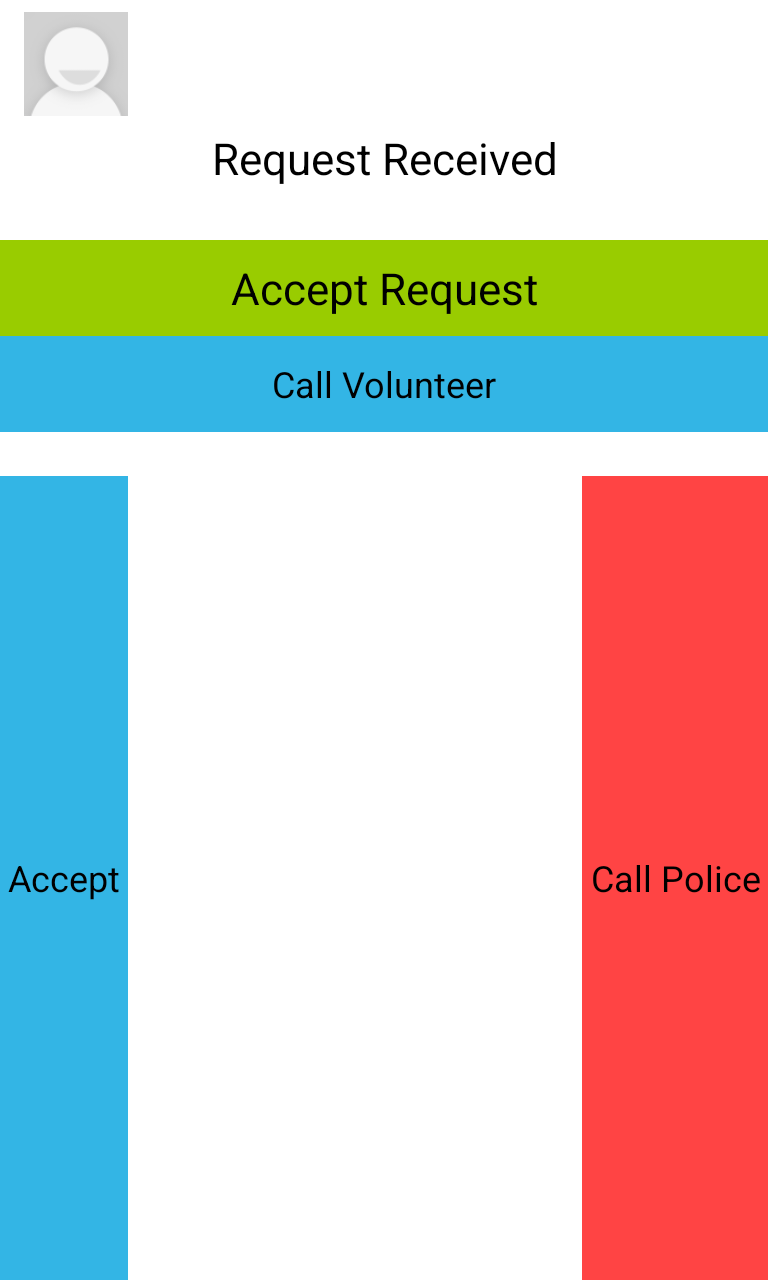
Repository: srivast6/SafeWalk
Layout: android/SafeWalk/res/layout/tryout.xml
An editor plug-in stored every save of this project. The layout is shown before and after the next save, followed by the edit.
It is drawn on a 768 x 1280 px phone screen (xhdpi) without system bars, with theme android:Theme.Holo.Light; the app's code is not run.

Above is the layout before, as saved 2013-11-20 18:14:13.

After the next save:
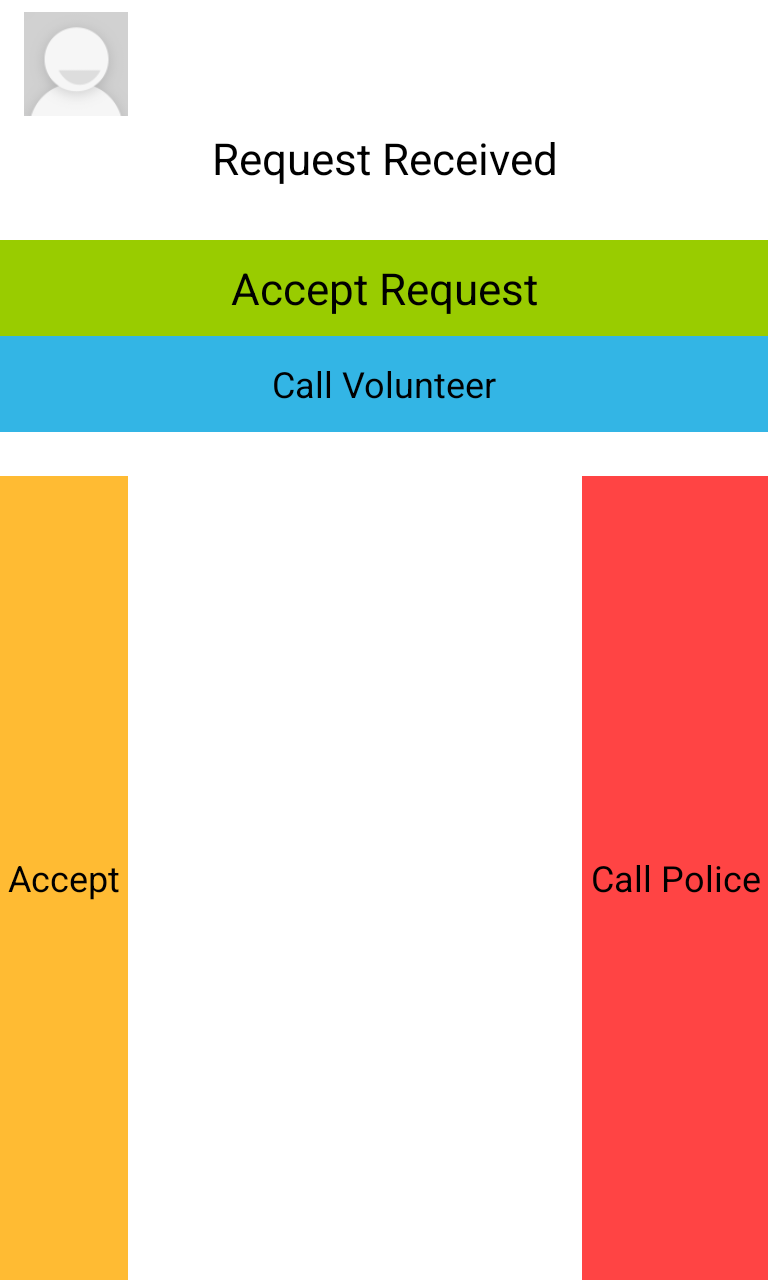
Saved 54 s later.
--- a/android/SafeWalk/res/layout/tryout.xml
+++ b/android/SafeWalk/res/layout/tryout.xml
@@ -76,7 +76,7 @@
             android:layout_width="wrap_content"
             android:layout_height="fill_parent"
             android:layout_below="@id/callButton"
-            android:background="@android:color/holo_blue_light"
+            android:background="@android:color/holo_orange_light"
             android:text="Accept" />
 
         <Button
